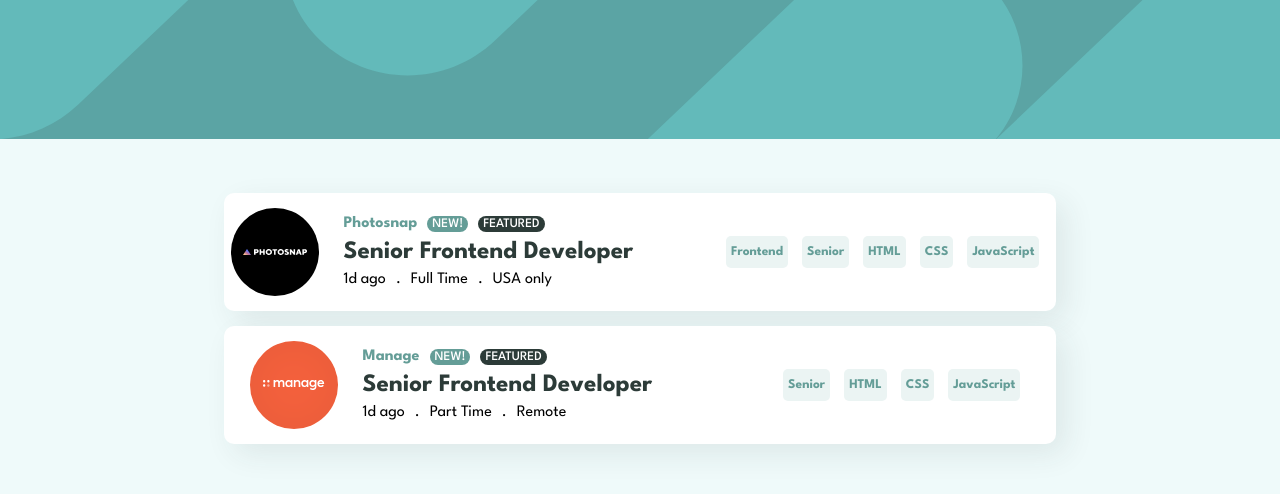
Repository: Eldream12/JobListing
Page: index.html
The author's editor kept a copy of each file at every save. The page is drawn from the files as they stood at one save, then again after the next save.
The browser window is 1280 px wide. The pictures show the whole page.

Above is the page before, as saved 2025-03-31 21:41:27.

After the next save:
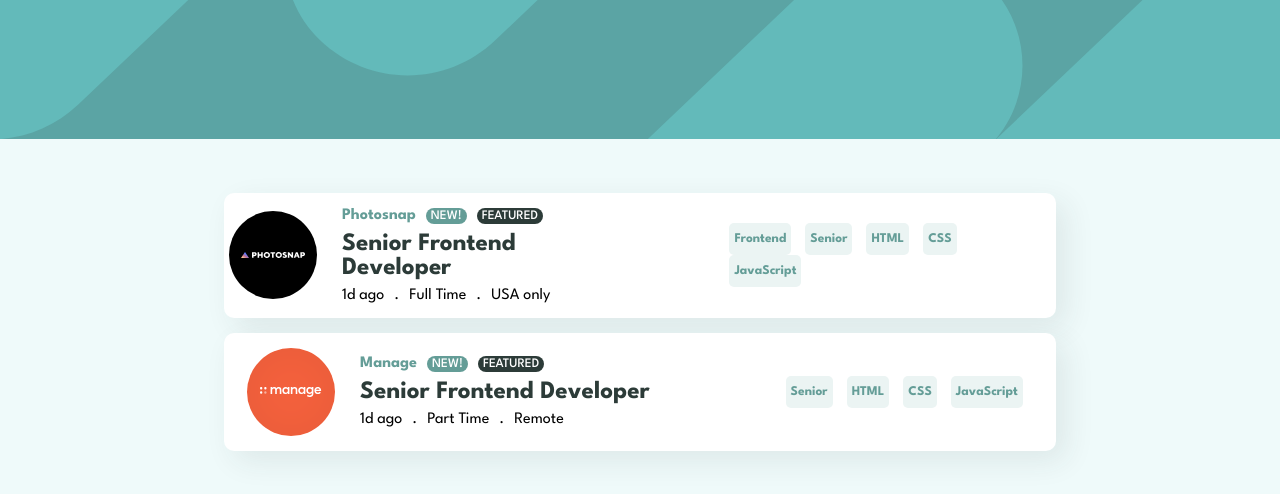
Saved 5 min 50 s later.
--- a/style/style.css
+++ b/style/style.css
@@ -25,7 +25,7 @@
 	max-width: 65%;
 	margin: auto;
 	padding: 15px 5px 15px 5px;
-	gap: 90px;
+	gap: 100px;
 	border-radius: 10px;
 	box-shadow: #2c3b3817 10px 10px 30px;
 	margin-bottom: 15px;

After the save that followed:
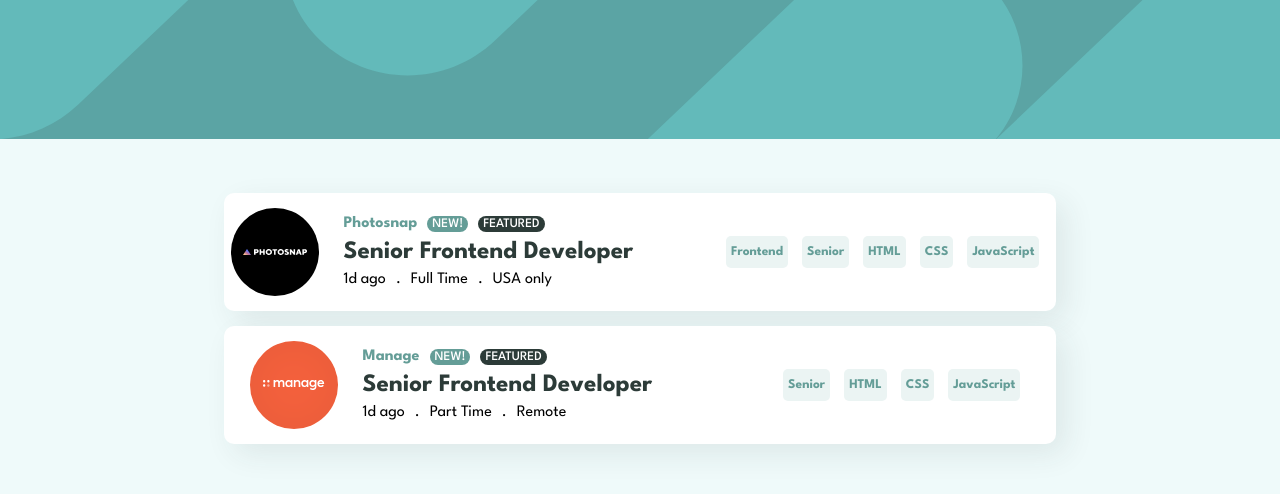
Saved 27 s later.
--- a/style/style.css
+++ b/style/style.css
@@ -25,7 +25,7 @@
 	max-width: 65%;
 	margin: auto;
 	padding: 15px 5px 15px 5px;
-	gap: 100px;
+	gap: 90px;
 	border-radius: 10px;
 	box-shadow: #2c3b3817 10px 10px 30px;
 	margin-bottom: 15px;
